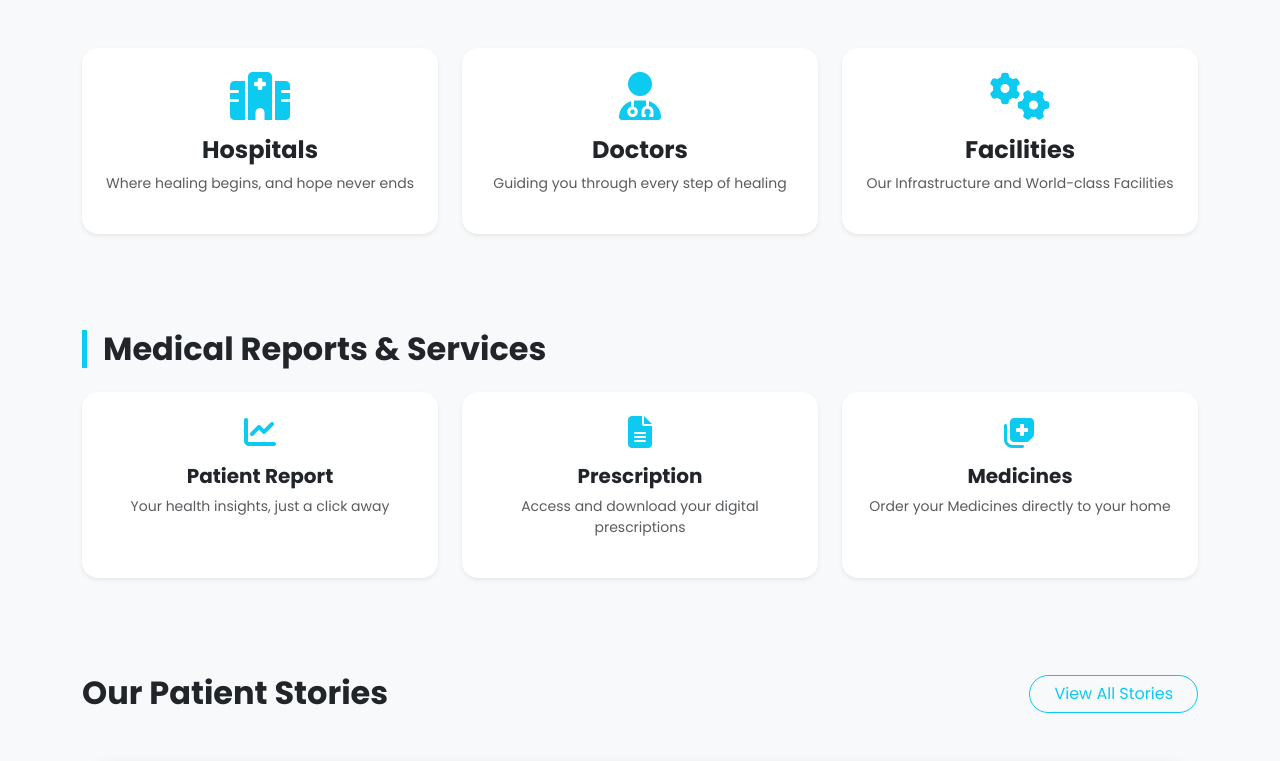
Repository: Rajasekaran0415/LifeCare-Management-System
Page: Project/index.html
The author's editor kept a copy of each file at every save. The page is drawn from the files as they stood at one save, then again after the next save.
The browser window is 1280 px wide. The pictures show the part of the page from y = 591 to 1352 px (the page is 2436 px tall).
Pictures or frames that could not be fetched are drawn as grey boxes.

Above is the page before, as saved 2026-01-11 22:33:55.

### Project/index.html
<!DOCTYPE html>
<html lang="en">
<head>
    <meta charset="UTF-8">
    <meta name="viewport" content="width=device-width, initial-scale=1.0">
    <title>LifeCare HomePage</title>
    <link href="https://fonts.googleapis.com/css2?family=Poppins:wght@300;400;600;700&display=swap" rel="stylesheet">
    <link href="https://cdn.jsdelivr.net/npm/bootstrap@5.3.2/dist/css/bootstrap.min.css" rel="stylesheet">
    <link rel="stylesheet" href="https://cdnjs.cloudflare.com/ajax/libs/font-awesome/6.4.0/css/all.min.css">
    <link rel="stylesheet" href="https://cdnjs.cloudflare.com/ajax/libs/animate.css/4.1.1/animate.min.css"/>

    <style>
        body { font-family: 'Poppins', sans-serif; background-color: #f8f9fa; }
        .hero-bg {
            background: linear-gradient(to bottom, rgba(40, 229, 235, 0.6), rgba(220, 220, 220, 0.4)),
                        url('https://i.pinimg.com/736x/13/72/7c/13727ce57a9d2e26e7c582dc60369b36.jpg');
            background-size: cover; background-position: center; height: 70vh;
        }
        /* Custom hover effect for your cards */
        .hover-card:hover { transform: translateY(-10px); transition: 0.4s; }
    </style>
</head>
<body>

<nav class="navbar navbar-expand-lg navbar-light bg-white sticky-top shadow-sm py-3">
    <div class="container">
        <a class="navbar-brand d-flex align-items-center fw-bold fs-4" href="index.html">
          <img src="logo.png" alt="..." height="45" class="me-2">LifeCare
        </a>
        <button class="navbar-toggler" type="button" data-bs-toggle="collapse" data-bs-target="#navbarNav">
            <span class="navbar-toggler-icon"></span>
        </button>
        <div class="collapse navbar-collapse" id="navbarNav">
            <ul class="navbar-nav ms-auto gap-2">
                <li class="nav-item"><a href="index.html" class="nav-link active">Home</a></li>
                <li class="nav-item"><a href="doctors.html" class="nav-link">Doctors</a></li>
                <li class="nav-item"><a href="profile.html" class="nav-link">Profile</a></li>
                <li class="nav-item"><a href="inbox.html" class="nav-link">Inbox</a></li>
                <li class="nav-item ms-lg-3"><a href="login.html" class="btn btn-outline-info rounded-pill px-4">Login</a></li>
                <li class="nav-item"><a href="signup.html" class="btn btn-info bg-gradient text-white rounded-pill px-4">Sign-up</a></li>
            </ul>
        </div>
    </div>
</nav>

<section class="hero-bg d-flex align-items-center text-white text-center">
    <div class="container animate__animated animate__fadeIn">
        <h1 class="display-3 fw-bold mb-3">Better Care for a Better Tomorrow</h1>
        <p class="lead mb-4 opacity-75">Our goal is to build healthier futures with expert care, trust, and innovation</p>
        <a href="bookAppointment.html" class="btn btn-info btn-lg bg-gradient text-white rounded-pill px-5 shadow">Book Appointment</a>
    </div>
</section>

<div class="container py-5 mt-n5">
    <div class="row g-4 justify-content-center">
        <div class="col-md-4">
            <a href="hospital.html" class="text-decoration-none h-100">
                <div class="card h-100 border-0 shadow-sm rounded-4 p-4 text-center hover-card animate__animated animate__zoomIn">
                    <i class="fa-solid fa-hospital fa-3x text-info mb-3"></i>
                    <h4 class="text-dark fw-bold">Hospitals</h4>
                    <p class="text-muted small">Where healing begins, and hope never ends</p>
                </div>
            </a>
        </div>
        <div class="col-md-4">
            <a href="doctors.html" class="text-decoration-none h-100">
                <div class="card h-100 border-0 shadow-sm rounded-4 p-4 text-center hover-card animate__animated animate__zoomIn animate__delay-1s">
                    <i class="fas fa-user-md fa-3x text-info mb-3"></i>
                    <h4 class="text-dark fw-bold">Doctors</h4>
                    <p class="text-muted small">Guiding you through every step of healing</p>
                </div>
            </a>
        </div>
        <div class="col-md-4">
            <a href="facilities.html" class="text-decoration-none h-100">
                <div class="card h-100 border-0 shadow-sm rounded-4 p-4 text-center hover-card animate__animated animate__zoomO animate__delay-2s">
                    <i class="fas fa-cogs fa-3x text-info mb-3"></i>
                    <h4 class="text-dark fw-bold">Facilities</h4>
                    <p class="text-muted small">Our Infrastructure and World-class Facilities</p>
                </div>
            </a>
        </div>
    </div>
</div>

<div class="container py-5">
    <h2 class="fw-bold mb-4 border-start border-info border-5 ps-3">Medical Reports & Services</h2>
    <div class="row g-4">
        <div class="col-md-4">
            <div class="card border-0 shadow-sm rounded-4 p-4 text-center hover-card h-100 bg-white">
                <a href="patientreport.html" class="text-decoration-none">
                    <i class="fas fa-chart-line fa-2x text-info mb-3"></i>
                    <h5 class="text-dark fw-bold">Patient Report</h5>
                    <p class="text-muted small">Your health insights, just a click away</p>
                </a>
            </div>
        </div>
        <div class="col-md-4">
            <div class="card border-0 shadow-sm rounded-4 p-4 text-center hover-card h-100 bg-white">
                <a href="prescription.html" class="text-decoration-none">
                    <i class="fas fa-file-alt fa-2x text-info mb-3"></i>
                    <h5 class="text-dark fw-bold">Prescription</h5>
                    <p class="text-muted small">Access and download your digital prescriptions</p>
                </a>
            </div>
        </div>
        <div class="col-md-4">
            <div class="card border-0 shadow-sm rounded-4 p-4 text-center hover-card h-100 bg-white">
                <i class="fas fa-notes-medical fa-2x text-info mb-3"></i>
                <h5 class="text-dark fw-bold">Medicines</h5>
                <p class="text-muted small">Order your Medicines directly to your home</p>
            </div>
        </div>
    </div>
</div>

<section class="container py-5 mb-5">
    <div class="d-flex justify-content-between align-items-end mb-5">
        <h2 class="fw-bold m-0">Our Patient Stories</h2>
        <a href="viewall.html" class="btn btn-outline-info rounded-pill px-4">View All Stories</a>
    </div>

    <div class="row align-items-center g-0 bg-white shadow rounded-5 overflow-hidden mb-5 animate__animated animate__fadeInLeft">
        <div class="col-md-4">
            <img src="https://i.pinimg.com/736x/4f/6f/b6/4f6fb681f4df3d3f47611939044ee90b.jpg" alt="Ravi" class="img-fluid w-100" style="height: 350px; object-fit: cover;">
        </div>
        <div class="col-md-8 p-4 p-lg-5 bg-info bg-gradient text-white">
            <h3 class="fw-bold">Early Diabetes Detection</h3>
            <h5 class="fw-light mb-3">Ravi Kumar, 66</h5>
            <p class="opacity-90">"I just had a mild headache and went for a basic health checkup. The lab tests found high blood sugar levels I never knew I had. Thanks to early detection, I’m now managing my health with the right treatment..."</p>
        </div>
    </div>

    <div class="row align-items-center g-0 bg-white shadow rounded-5 overflow-hidden flex-md-row-reverse animate__animated animate__fadeInRight">
        <div class="col-md-4">
            <img src="https://i.pinimg.com/1200x/1b/e0/ab/1be0abc1a59235efb732b06a05f57e02.jpg" alt="Shanthi" class="img-fluid w-100" style="height: 350px; object-fit: cover;">
        </div>
        <div class="col-md-8 p-4 p-lg-5 bg-primary bg-gradient text-white">
            <h3 class="fw-bold">Chest Pain Wasn’t Just Stress</h3>
            <h5 class="fw-light mb-3">Shanthi Devi, 68</h5>
            <p class="opacity-90">"I thought my chest discomfort was just anxiety, but the doctors insisted on a heart scan. It showed early signs of blockage. Immediate care saved me from a major heart attack..."</p>
        </div>
    </div>
</section>

<footer class="bg-dark text-white pt-5 pb-3">
    <div class="container">
        <div class="row g-4 mb-4">
            <div class="col-lg-3">
                <h4 class="fw-bold text-info">LifeCare</h4>
                <p class="text-secondary small">Your trusted partner in health and wellness since 2025.</p>
            </div>
            <div class="col-6 col-lg-3">
                <h6 class="fw-bold">Quick Links</h6>
                <ul class="list-unstyled text-secondary small">
                    <li><a href="index.html" class="text-reset text-decoration-none">Home</a></li>
                    <li><a href="#" class="text-reset text-decoration-none">About Us</a></li>
                    <li><a href="#" class="text-reset text-decoration-none">Contact</a></li>
                </ul>
            </div>
            <div class="col-6 col-lg-3">
                <h6 class="fw-bold">Contact Us</h6>
                <p class="text-secondary small mb-1">contact@lifecare.com</p>
                <p class="text-secondary small mb-1">+91 98765 43210</p>
                <p class="text-secondary small">Chennai, Tamil Nadu, India</p>
            </div>
            <div class="col-lg-3">
                <h6 class="fw-bold">Follow Us</h6>
                <div class="d-flex gap-3 fs-5">
                    <i class="fab fa-facebook text-info"></i>
                    <i class="fab fa-instagram text-info"></i>
                </div>
            </div>
        </div>
        <div class="border-top border-secondary pt-3 text-center">
            <p class="small text-secondary mb-0">&copy; 2026 LifeCare. All rights reserved.</p>
        </div>
    </div>
</footer>

<script src="https://cdn.jsdelivr.net/npm/bootstrap@5.3.2/dist/js/bootstrap.bundle.min.js"></script>
</body>
</html>

After the next save:
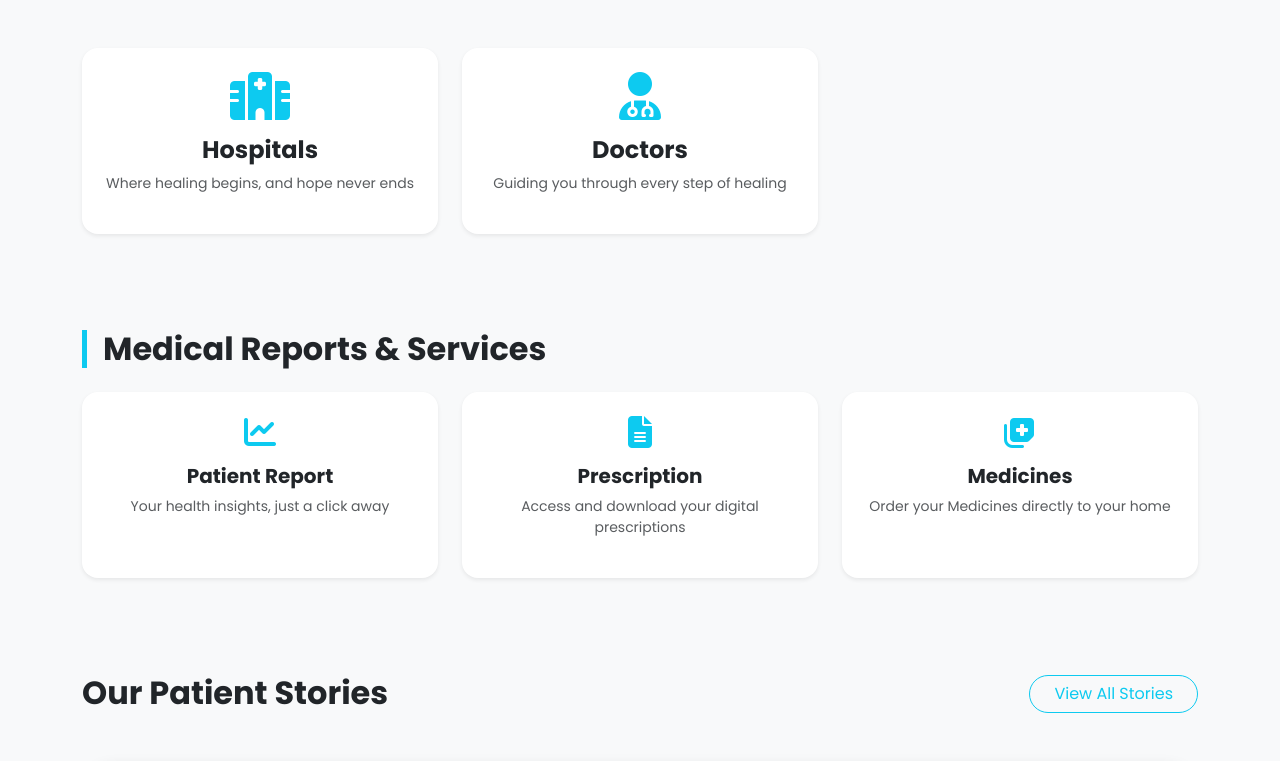
Saved 6 s later.
--- a/Project/index.html
+++ b/Project/index.html
@@ -73,7 +73,7 @@
         </div>
         <div class="col-md-4">
             <a href="facilities.html" class="text-decoration-none h-100">
-                <div class="card h-100 border-0 shadow-sm rounded-4 p-4 text-center hover-card animate__animated animate__zoomO animate__delay-2s">
+                <div class="card h-100 border-0 shadow-sm rounded-4 p-4 text-center hover-card animate__animated animate__zoomOutLeft animate__delay-2s">
                     <i class="fas fa-cogs fa-3x text-info mb-3"></i>
                     <h4 class="text-dark fw-bold">Facilities</h4>
                     <p class="text-muted small">Our Infrastructure and World-class Facilities</p>

After the save that followed:
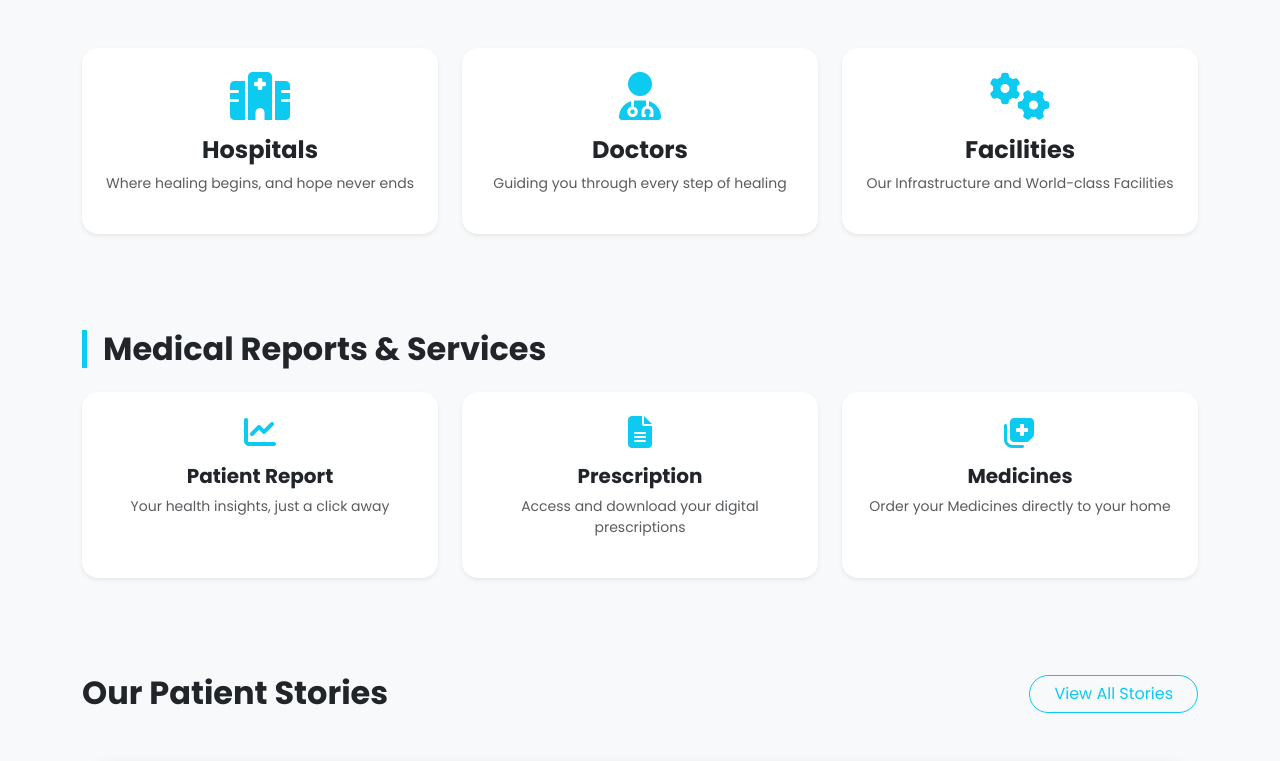
Saved 21 s later.
--- a/Project/index.html
+++ b/Project/index.html
@@ -73,7 +73,7 @@
         </div>
         <div class="col-md-4">
             <a href="facilities.html" class="text-decoration-none h-100">
-                <div class="card h-100 border-0 shadow-sm rounded-4 p-4 text-center hover-card animate__animated animate__zoomOutLeft animate__delay-2s">
+                <div class="card h-100 border-0 shadow-sm rounded-4 p-4 text-center hover-card animate__animated animat animate__delay-2s">
                     <i class="fas fa-cogs fa-3x text-info mb-3"></i>
                     <h4 class="text-dark fw-bold">Facilities</h4>
                     <p class="text-muted small">Our Infrastructure and World-class Facilities</p>
